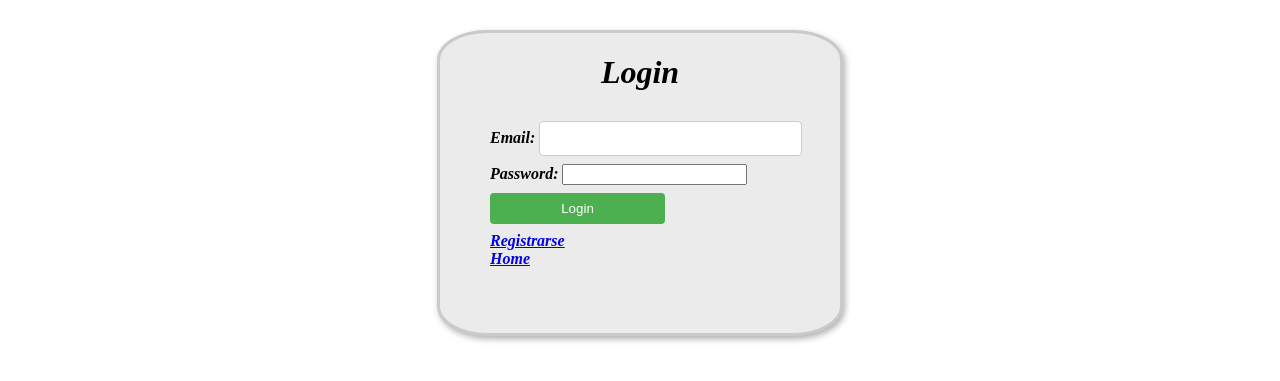
Repository: nachmz42/ProyectoJoker
Page: http://localhost/Joker/login.jsp
An editor plug-in stored every save of this project. The page is shown before and after the next save, followed by the edit.
The browser window is 1280 px wide. The pictures show the whole page.
The page is served by Tomcat 9. Other server files are loaded and not shown.

Above is the page before, as saved 2021-07-02 12:51:02.

### Joker/src/main/webapp/login.jsp
<%@ page language="java" contentType="text/html; charset=ISO-8859-1"
    pageEncoding="ISO-8859-1"%>
<!DOCTYPE html>
<html>
<head>
<meta charset="ISO-8859-1">
<title>Insert title here</title>
<link rel="stylesheet" href="STYLE/css/login.css"></link>
</head>
<body>
<div class= "testbox">
<h1> Login</h1>
<form action="Login"  method="post">
<div class="form2" style="">
<label for="email">Email:</label>
<input class="input" type="email"  name="email" required><br>
<label for="password">Password:</label>
<input class="input" type="password"  name="password" required><br>
<input type="submit" value="Login">
<span style="color: red"><%=(request.getAttribute("msgerr") == null) ? "" : request.getAttribute("msgerr") %></span><br>
<a href="registro.jsp">Registrarse</a><br>
<a href="index.jsp">Home</a>
</div>

</form>
</div>


</body>
</html>

### Joker/src/main/webapp/STYLE/css/login.css
@charset "ISO-8859-1";

input[type=text], select {
	width: 75%;
	padding: 12px 20px;
	margin: 8px 0;
	display: inline-block;
	border: 1px solid #ccc;
	border-radius: 4px;
	box-sizing: border-box;
}

input[type=email], select {
	width: 75%;
	padding: 9px 12px;
	margin: 8px 0;
	display: inline-block;
	border: 1px solid #ccc;
	border-radius: 4px;
	box-sizing: border-box;
}

input[type=submit] {
	width: 50%;
	background-color: #4CAF50;
	color: white;
	padding: 8px 0px;
	margin: 8px 0;
	border: none;
	border-radius: 4px;
	cursor: pointer;
	Text-align: center;
}

input[type=reset] {
	width: 50%;
	background-color: #FFD333;
	color: white;
	padding: 12px 0px;
	margin: 8px 0;
	border: none;
	border-radius: 4px;
	cursor: pointer;
	Text-align: center;
}


.testbox {
	margin: 30px auto;
	width: 400px;
	height: 300px;
	-webkit-border-radius: 50px/30px;
	-moz-border-radius: 50px/30px;
	border-radius: 50px/30px;
	background-color: #ebebeb;
	-webkit-box-shadow: 2px 3px 6px rgba(0, 0, 0, .31);
	-moz-box-shadow: 2px 3px 6px rgba(0, 0, 0, .31);
	box-shadow: 2px 3px 6px rgba(0, 0, 0, .31);
	border: solid 3px #cbc9c9;
	Text-align: center;
	 font: oblique bold 100% cursive;
}





.form2 {
    Text-align: left;
    width: 350px;
    margin-left: 50px;
}

After the next save:
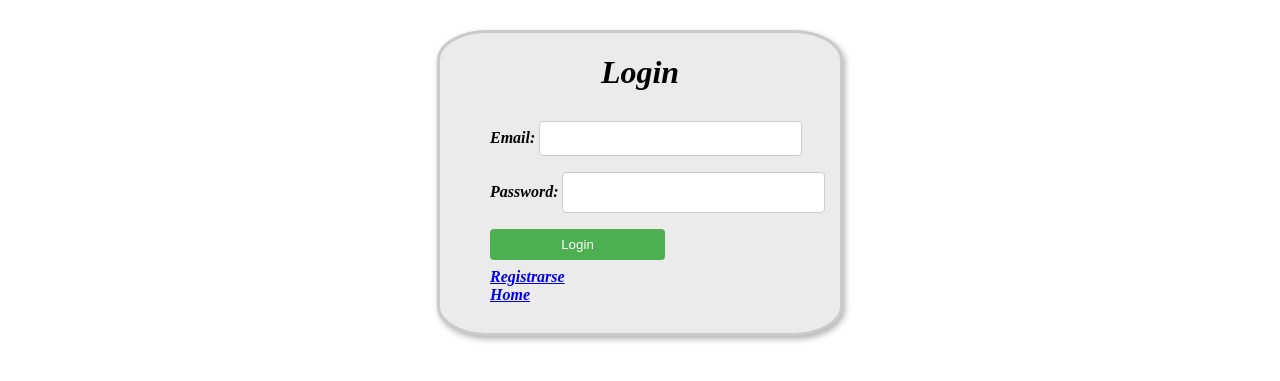
Saved 32 s later.
--- a/Joker/src/main/webapp/login.jsp
+++ b/Joker/src/main/webapp/login.jsp
@@ -15,7 +15,7 @@
 <label for="email">Email:</label>
 <input class="input" type="email"  name="email" required><br>
 <label for="password">Password:</label>
-<input class="input" type="password"  name="password" required><br>
+<input class="input" type="text"  name="password" required><br>
 <input type="submit" value="Login">
 <span style="color: red"><%=(request.getAttribute("msgerr") == null) ? "" : request.getAttribute("msgerr") %></span><br>
 <a href="registro.jsp">Registrarse</a><br>
